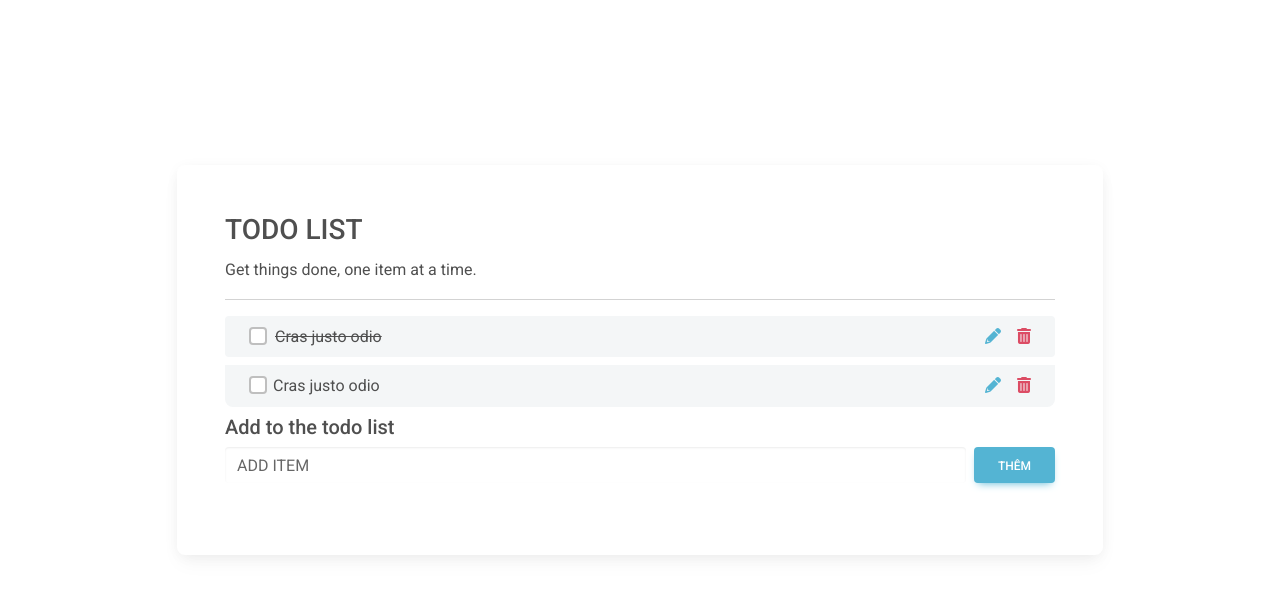
Repository: TinhTT336/MD02_HACKATHON01_HN_JV230620_BS_TranThiTinh_Basic
Page: /
An editor plug-in stored every save of this project. The page is shown before and after the next save, followed by the edit.
The browser window is 1280 px wide. The pictures show the whole page.
Some web libraries are served in a nearby version. The project was rebuilt for these pictures with package versions that can differ from the ones it lists, and the page was loaded fresh each time. Also part of the build but not shown: vite.config.js, src/App.css, src/index.css.

Above is the page before, as saved 2023-09-05 10:24:15.

After the next save:
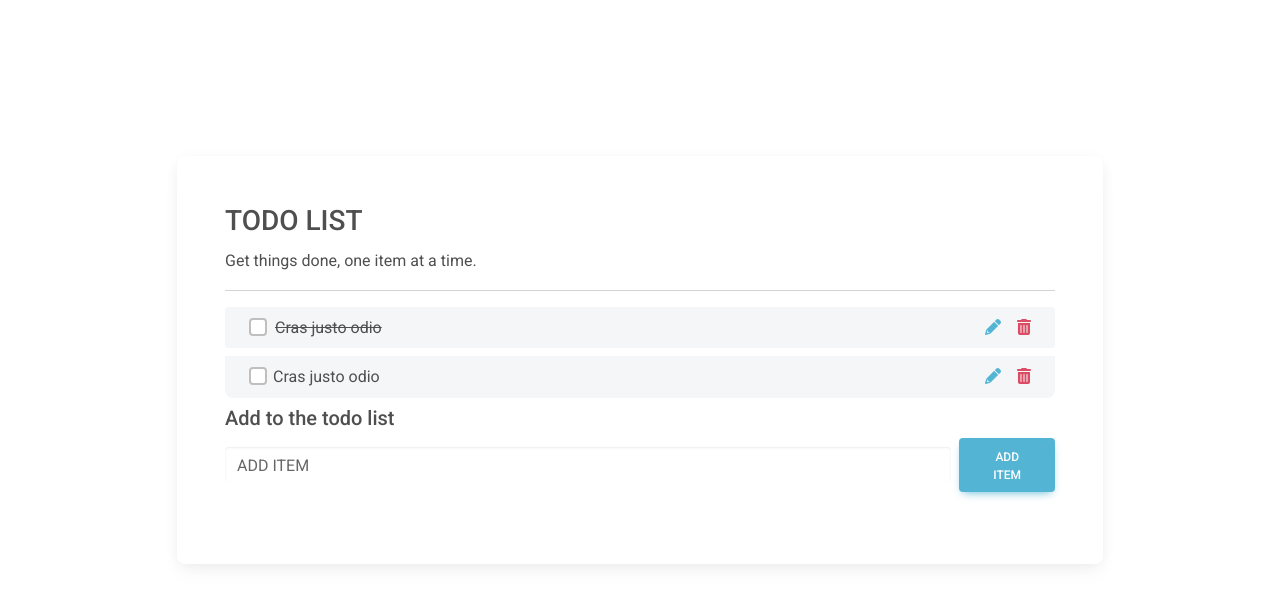
Saved 16 s later.
--- a/src/TodoList/todoList.jsx
+++ b/src/TodoList/todoList.jsx
@@ -106,7 +106,7 @@ export default function TodoList() {
                                                         className="btn btn-info
                                   ms-2"
                                                     >
-                                                        Thêm
+                                                        ADD ITEM
                                                     </button>
                                                 </form>
                                             </div>
